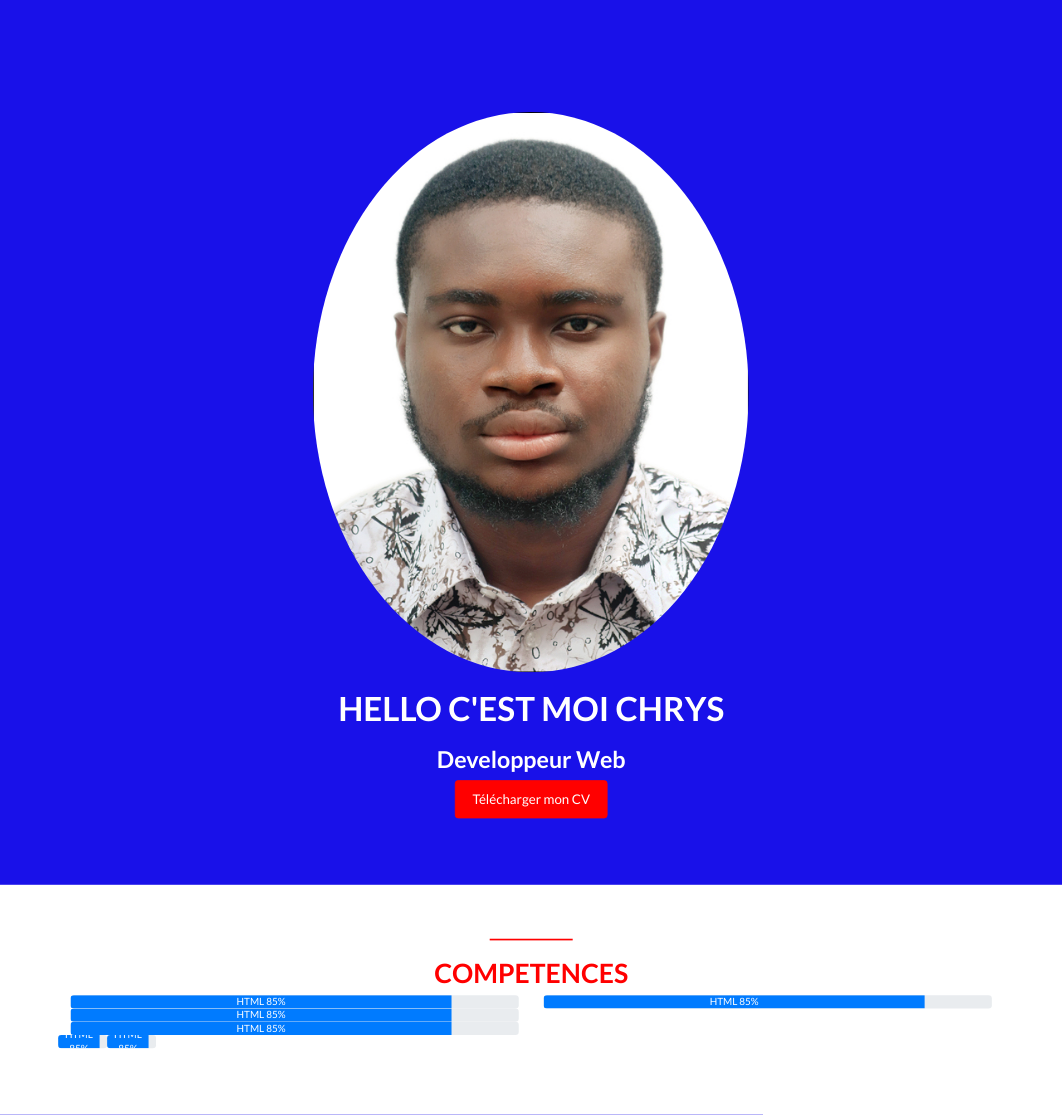
Repository: CHRYSOVR/CV_en_ligne_Interactif
Page: index.html
An editor plug-in stored every save of this project. The page is shown before and after the next save, followed by the edit.
The browser window is 1280 px wide. The pictures show the whole page, at 83% of full size.

Above is the page before, as saved 2025-07-07 16:40:33.
Console error: TypeError: Cannot read properties of undefined (reading 'fn')

After the next save:
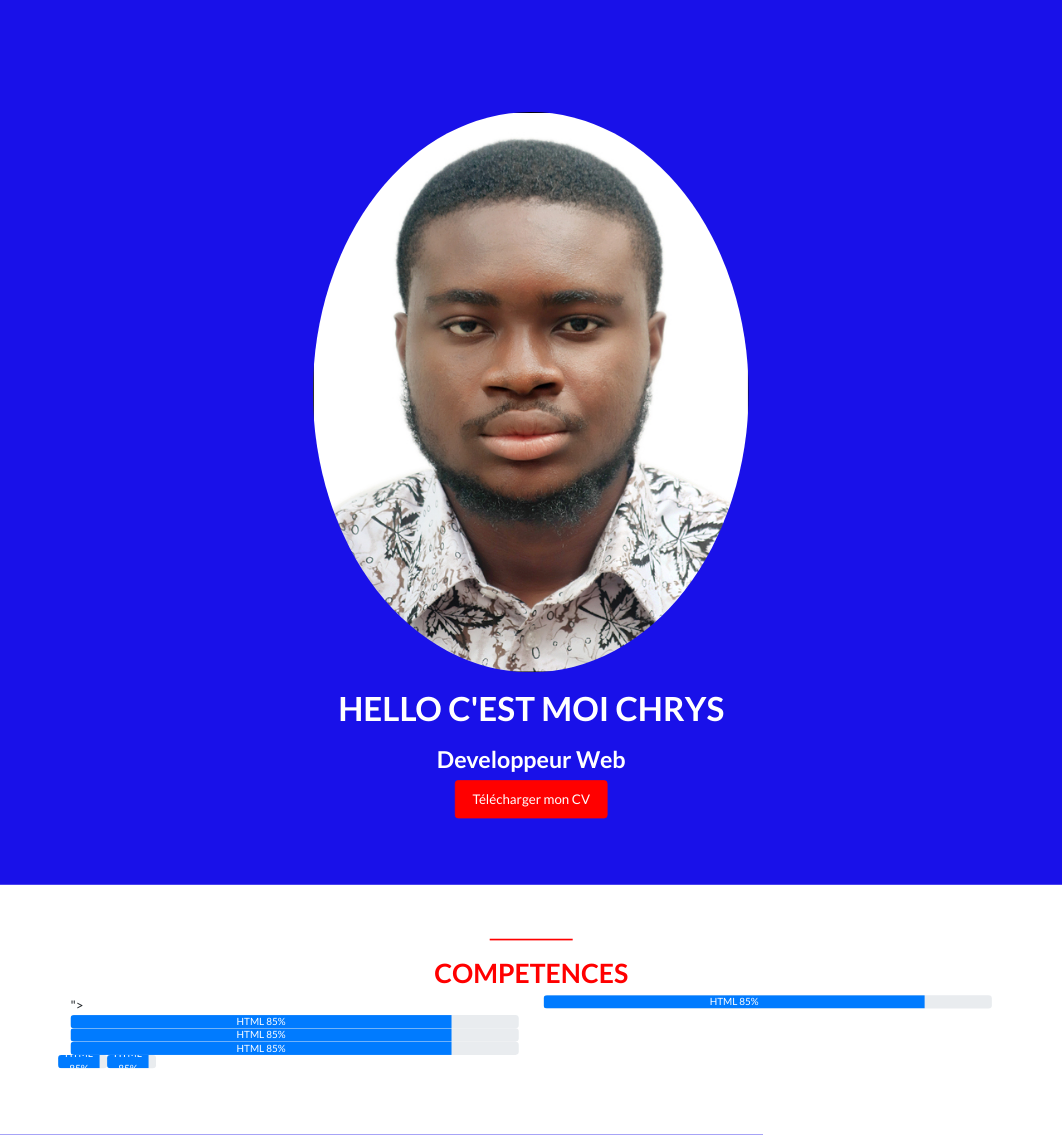
Saved 20 s later.
--- a/index.html
+++ b/index.html
@@ -30,7 +30,7 @@
 </div>
 <div class="container">
     <div class="row">
-        <div class="col-lg-6 ">
+        <div class="col-lg-6 col-md-12"> ">
             <div class="progress">
   <div class="progress-bar" role="progressbar" style="width: 85%;" aria-valuenow="85" aria-valuemin="0" aria-valuemax="100">HTML 85%</div>
 </div>
